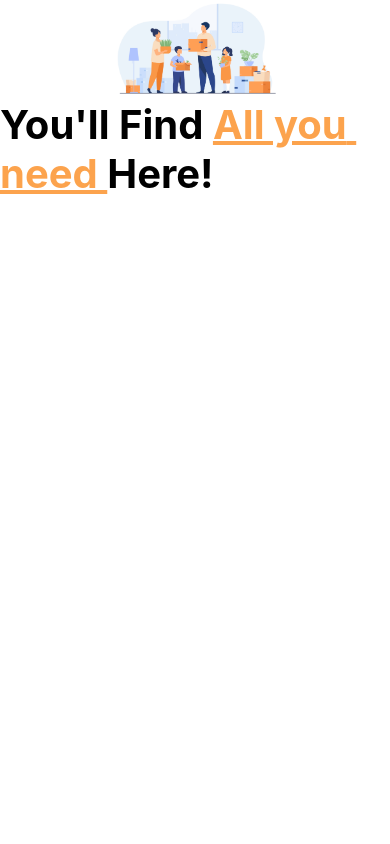
Repository: oscarMyerston/ProjectName
Screen: /
An editor plug-in stored every save of this project. The screen is shown before and after a run of saves, followed by the edit.
The app was drawn by React Native's web renderer in a window 390 px wide. The project was rebuilt for these pictures with package versions that can differ from the ones it lists, and the page was loaded fresh each time. Also part of the build but not shown: Chair.js, Table.js.

Above is the screen before, as saved 2024-06-02 19:52:26.

After the next 2 saves:
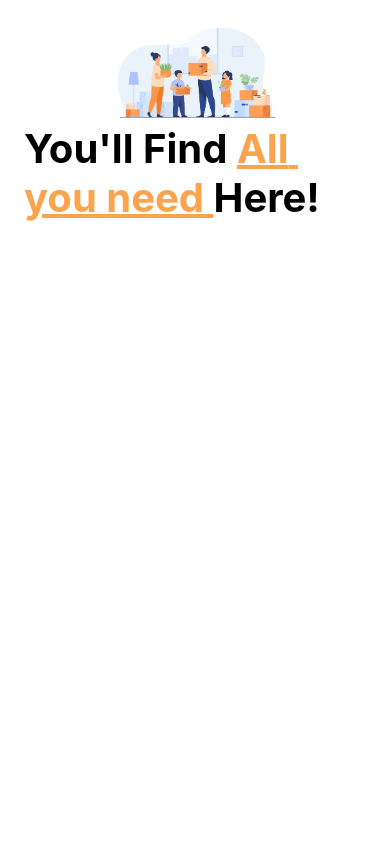
The 2 saves are shown as one change because 1 did not build or start.
The last was saved 40 s later.
--- a/src/screen/auth/Splash/styles.js
+++ b/src/screen/auth/Splash/styles.js
@@ -2,7 +2,7 @@ import { StyleSheet } from "react-native"
 
 export const styles = StyleSheet.create({
   container: {
-
+    padding: 24,
   },
   image: {
     width: '100%',
